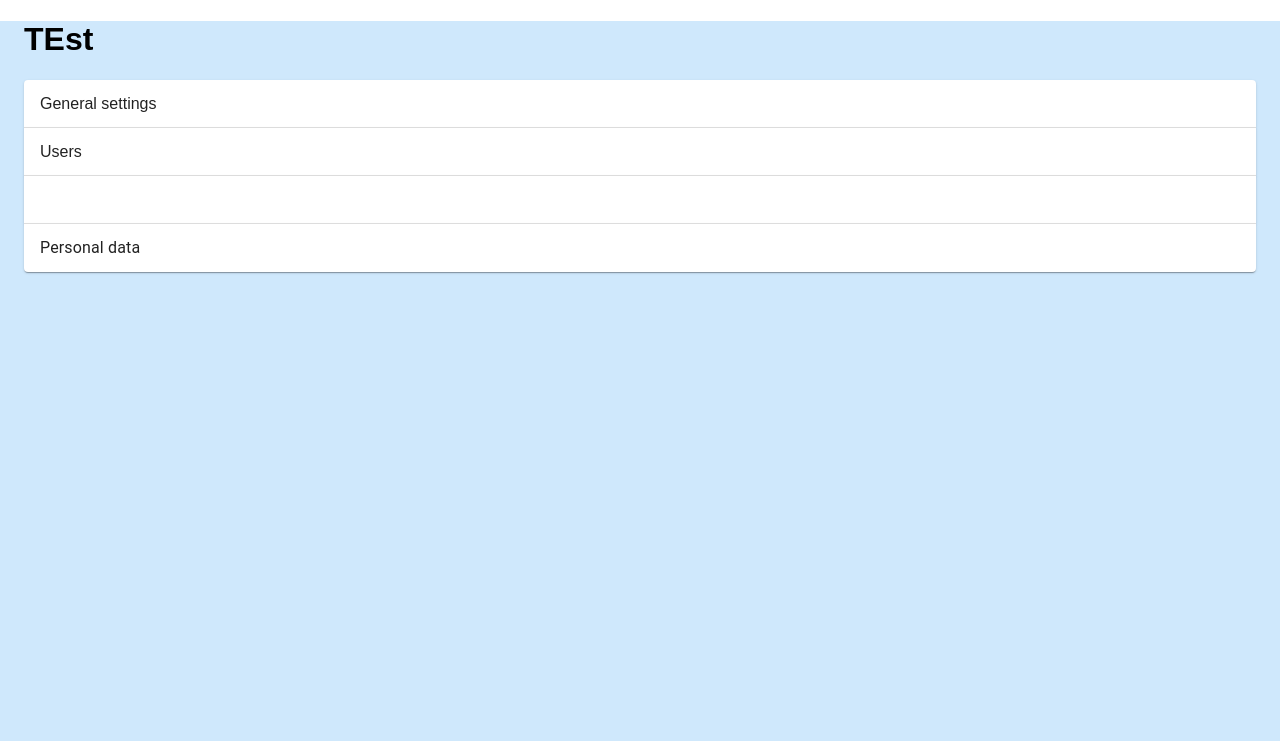
Repository: appikonda/food-order
Page: /
These files come from the project's save history. The page is drawn as it stood at one moment and after the next save; the edit follows.
The browser window is 1280 px wide. The pictures show the whole page.
The project was rebuilt for these pictures with package versions that can differ from the ones it lists, and the page was loaded fresh each time. Also part of the build but not shown: webpack.config.js, src/App.css.

Above is the page before, as saved 2019-08-15 15:33:20.

After the next save:
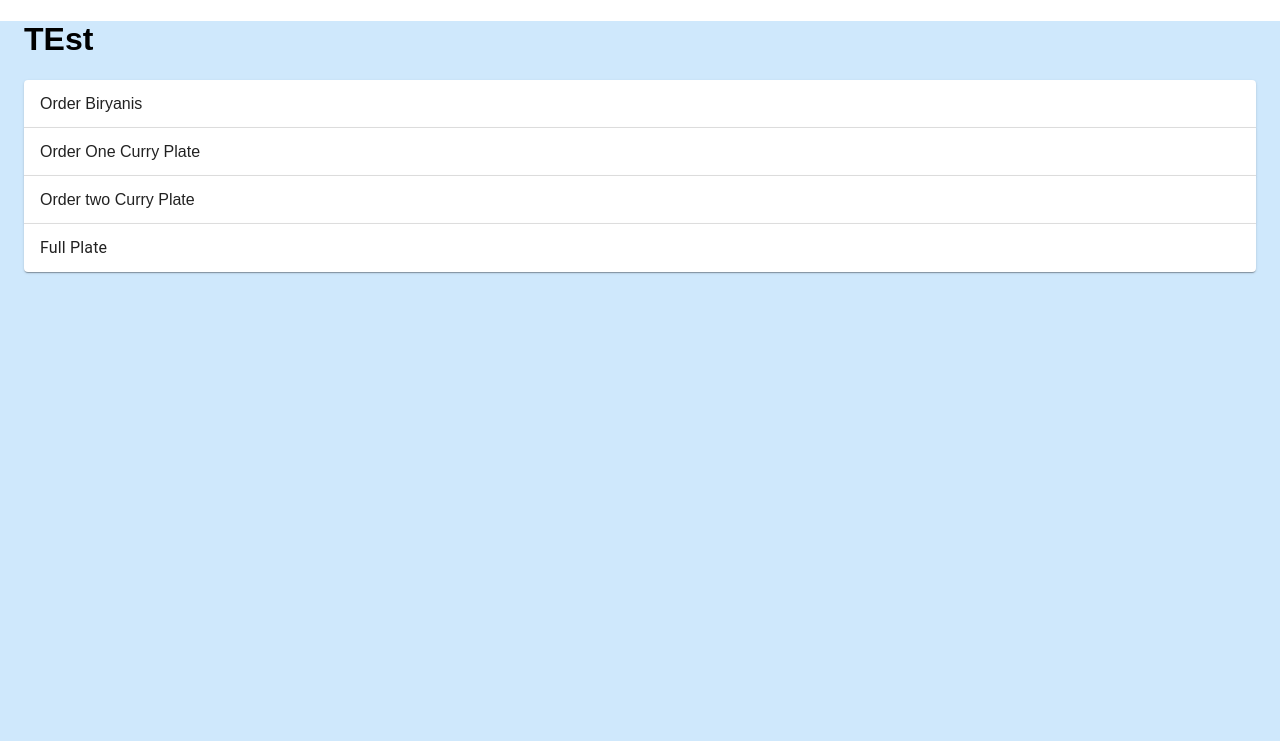
Saved 3 min 31 s later.
--- a/src/OrderFood.jsx
+++ b/src/OrderFood.jsx
@@ -20,7 +20,10 @@ class OrderFood extends Component {
       </div>
     );
   }
-
+//One for biryani orders // 6.99
+//One for one curry options// 5.99/
+//One for 2 curry options //6.99
+//One for full plate options //8.99
 
 renderOptions(){
 
@@ -30,17 +33,15 @@ renderOptions(){
     <div>
       <ExpansionPanel  >
         <ExpansionPanelSummary
-
           aria-controls="panel1bh-content"
           id="panel1bh-header"
         >
-        General settings
+         Order Biryanis
 
         </ExpansionPanelSummary>
         <ExpansionPanelDetails>
           <Typography>
-            Nulla facilisi. Phasellus sollicitudin nulla et quam mattis feugiat. Aliquam eget
-            maximus est, id dignissim quam.
+            Linkk to add biryani
           </Typography>
         </ExpansionPanelDetails>
       </ExpansionPanel>
@@ -50,13 +51,12 @@ renderOptions(){
           aria-controls="panel2bh-content"
           id="panel2bh-header"
         >
-          Users
+          Order One Curry Plate
 
         </ExpansionPanelSummary>
         <ExpansionPanelDetails>
           <Typography>
-            Donec placerat, lectus sed mattis semper, neque lectus feugiat lectus, varius pulvinar
-            diam eros in elit. Pellentesque convallis laoreet laoreet.
+          Linkk to add One Curry Plate
           </Typography>
         </ExpansionPanelDetails>
       </ExpansionPanel>
@@ -66,12 +66,11 @@ renderOptions(){
           aria-controls="panel3bh-content"
           id="panel3bh-header"
         >
-
+          Order two Curry Plate
         </ExpansionPanelSummary>
         <ExpansionPanelDetails>
           <Typography>
-            Nunc vitae orci ultricies, auctor nunc in, volutpat nisl. Integer sit amet egestas eros,
-            vitae egestas augue. Duis vel est augue.
+          Linkk to add two curries plaues
           </Typography>
         </ExpansionPanelDetails>
       </ExpansionPanel>
@@ -81,7 +80,7 @@ renderOptions(){
           aria-controls="panel4bh-content"
           id="panel4bh-header"
         >
-          <Typography>Personal data</Typography>
+          <Typography>Full Plate </Typography>
         </ExpansionPanelSummary>
         <ExpansionPanelDetails>
           <Typography>
